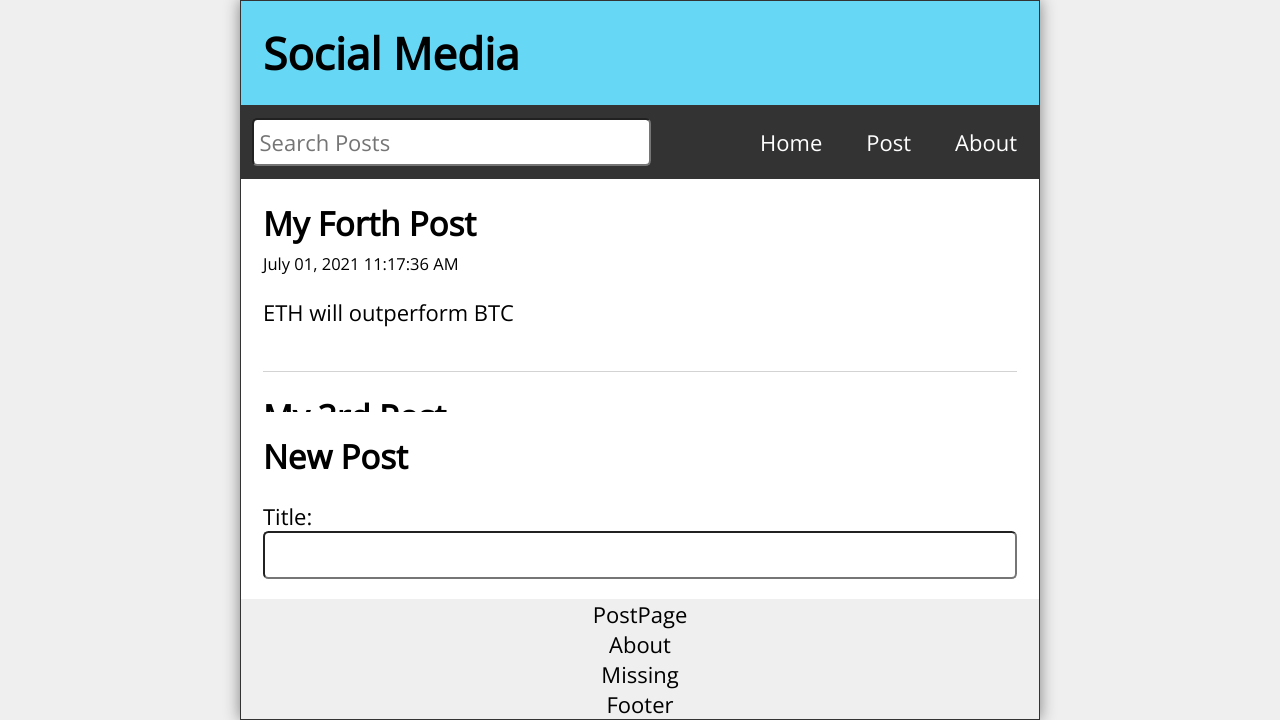
Repository: Kisho14/react_social_app_netlify
Page: /
These files come from the project's save history. The page is drawn as it stood at one moment and after the next save; the edit follows.
The browser window is 1280 px wide. The pictures show the whole page.
The project was rebuilt for these pictures with package versions that can differ from the ones it lists, and the page was loaded fresh each time.

Above is the page before, as saved 2024-02-06 10:47:37.

### src/App.js
import Header from './Header.js';
import Footer from './Footer.js';
import Nav from './Nav.js';
import Home from './Home.js';
import Missing from './Missing.js';
import NewPost from './NewPost.js';
import PostPage from './PostPage.js';
import About from './About.js';
import { useEffect, useState } from 'react';
import { format } from 'date-fns';

function App() {
  const [posts, setPosts] = useState([
    {
      id: 1,
      title: "My First Post",
      datetime: "July 01, 2021 11:17:36 AM",
      body: "Made a video about Tesla Q1 results"
    },
    {
      id: 2,
      title: "My 2nd Post",
      datetime: "July 01, 2021 11:17:36 AM",
      body: "I attended a DeFi blockchain event"
    },
    {
      id: 3,
      title: "My 3rd Post",
      datetime: "July 01, 2021 11:17:36 AM",
      body: "Web3 global summit next week"
    },
    {
      id: 4,
      title: "My Forth Post",
      datetime: "July 01, 2021 11:17:36 AM",
      body: "ETH will outperform BTC"
    }
  ])
  const [search, setSearch] = useState('')
  const [searchResults, setSearchResults] = useState([])
  const [postTitle, setPostTitle] = useState('');
  const [postBody, setPostBody] = useState('');

  useEffect(()=>{
    const filteredResults = posts.filter((post)=>
    ((post.body).toLowerCase()).includes(search.toLowerCase())
    || ((post.title).toLowerCase()).includes(search.toLowerCase()));

    setSearchResults(filteredResults.reverse());
  }, [posts, search])

  const handleSubmit = (e) => {
    e.preventDefault();
    const id = posts.length ? posts[posts.length - 1].id + 1: 1;
    const datetime = format(new Date(), 'MMMM dd, yyyy pp');
    const newPost = { id, title: postTitle, datetime, body: postBody };
    const allPosts = [...posts, newPost];
    setPosts (allPosts);
    setPostTitle('');
    setPostBody('');
    // navigate('/');
  }

  return (
    <div className="App">
      <Header title="Social Media"/>
      <Nav search={search} setSearch={setSearch}/>
      <Home posts={searchResults}/>
      <NewPost
        postTitle={postTitle}
        setPostTitle={setPostTitle}
        postBody={postBody}
        setPostBody={setPostBody}
        handleSubmit={handleSubmit}
      />
      <PostPage />
      <About />
      <Missing />
      <Footer />
    </div>
  );
}

export default App;

### src/Header.js
import React from 'react'

const Header = ({title}) => {
  return (
    <header className='Header'>
        <h1>{title}</h1>
    </header>

  )
}

export default Header

### src/Nav.js
import React from 'react'
import { Link } from 'react-router-dom'

const Nav = ({search, setSearch}) => {
  return (
    <nav className='Nav'>
        <form className='searchForm' onSubmit={(e) => e.preventDefault()}>
            <label htmlFor="search">Search Posts</label>
            <input type="text"
                id='search'
                placeholder='Search Posts'
                value={search}
                onChange={(e) => setSearch(e.target.value)}
            />
        </form>
        <ul>
            <li><Link to='/'>Home</Link></li>
            <li><Link to='post'>Post</Link></li>
            <li><Link to='about'>About</Link></li>
        </ul>
    </nav>
  )
}

export default Nav

### src/Home.js
import React from 'react'
import Feed from './Feed'

const Home = ({posts}) => {
  return (
    <main className='Home'>
        {posts.length ?
        (<Feed posts={posts} />) :
        (<p style={{marginTop:'2rem'}}>No posts to display.</p>)
        }
    </main>
  )
}

export default Home

### src/Missing.js
import React from 'react'

const Missing = () => {
  return (
    <div>Missing</div>
  )
}

export default Missing

### src/NewPost.js
import React from 'react'

const NewPost = ({handleSubmit, postTitle, setPostTitle, postBody, setPostBody}) => {
  return (
    <main className='NewPost'>
        <h2>New Post</h2>
        <form className="newPostForm" onsubmit={handleSubmit}>
        <label htmlFor="postTitle">Title:</label>
        <input id="postTitle"
            type="text"
            required
            value={postTitle}
            onChange={(e) => setPostTitle(e.target.value)}
        />
        <label htmlFor="postBody">Post:</label>
        <textarea
            id="postBody"
            required
            value={postBody}
            onChange={(e) => setPostBody(e.target.value)}
        />
        <button type='submit'>Submit</button>
        </form>
    </main>
  )
}


export default NewPost

### src/Feed.js
import React from 'react'
import Post from './Post'

const Feed = ({posts}) => {
  return (
    <>
        {posts.map(post => (
            <Post Key={post.id} post={post} />
        ))}
    </>
  )
}

export default Feed

### src/Post.js
import React from 'react'

const Post = ({post}) => {
  return (
    <article className='post'>
        <h2>{post.title}</h2>
        <p className='postDate'>{post.datetime}</p>
        <p className='postBody'>{
            (post.body).length <= 25 ? post.body : `${(post.body).slice(0,25)}...`
        }</p>
    </article>
  )
}

export default Post

Loaded but not shown: public/index.html (common file); src/index.js (common file); src/index.css (common file); src/Footer.js (common file); src/PostPage.js (common file); src/About.js (common file)

After the next save:
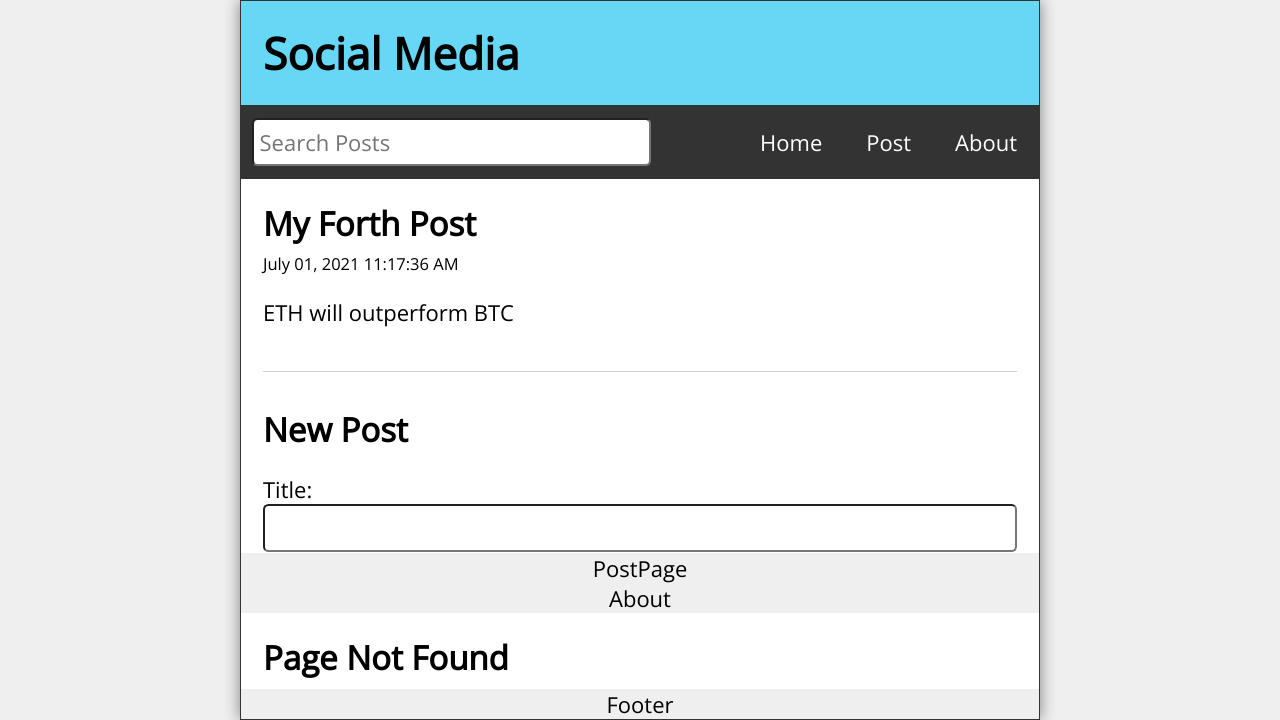
Saved 3 min 23 s later.
--- a/src/Missing.js
+++ b/src/Missing.js
@@ -2,7 +2,13 @@ import React from 'react'
 
 const Missing = () => {
   return (
-    <div>Missing</div>
+    <main className='Missing'>
+        <h2>Page Not Found</h2>
+        <p>Well, that's disappointing.</p>
+        <p>
+            Visit Our Homepage
+        </p>
+    </main>
   )
 }
 
